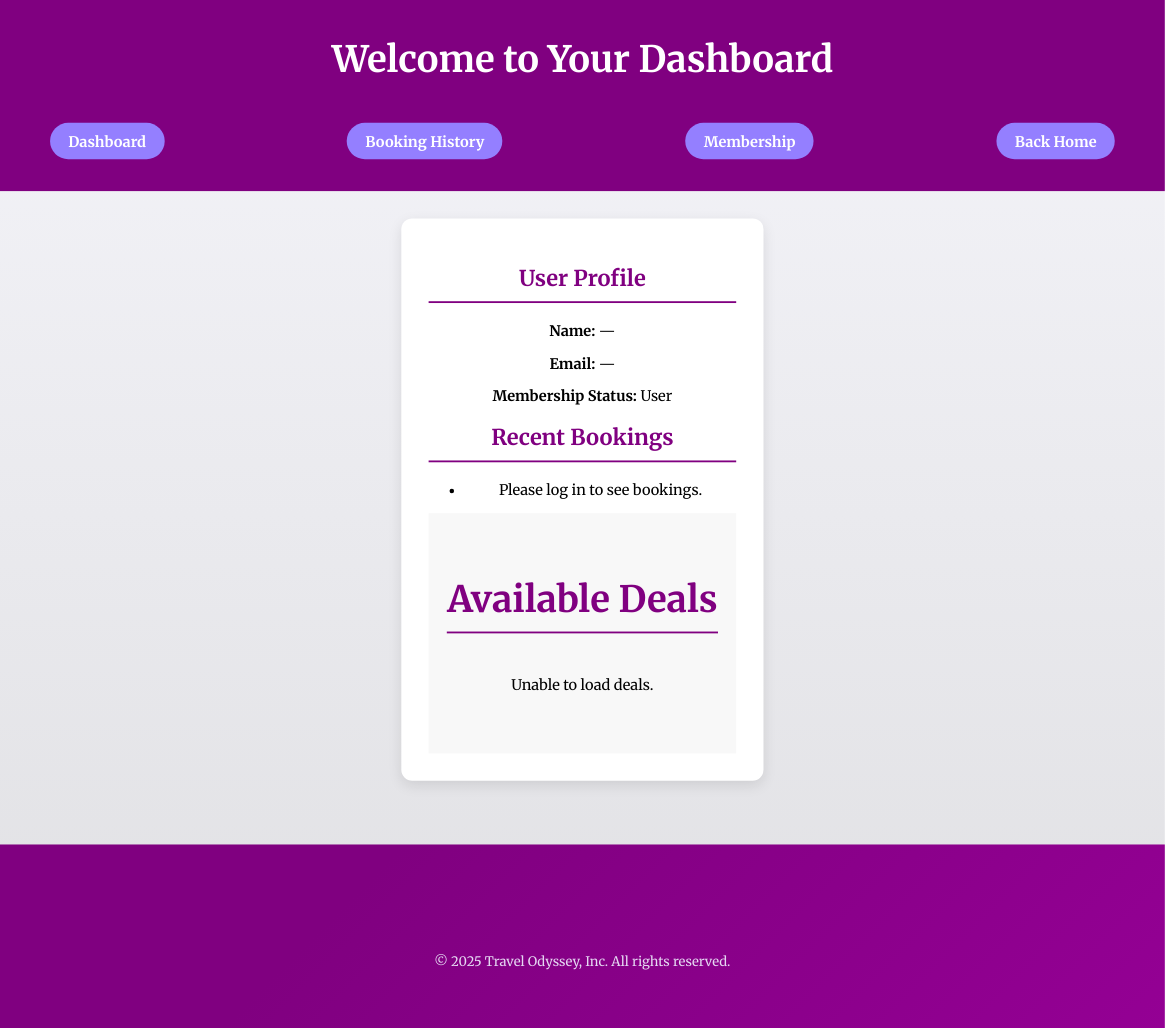
Repository: GHzPhoenix/Project-Odyssey
Page: Frontend/dashboard.html
The author's editor kept a copy of each file at every save. The page is drawn from the files as they stood at one save, then again after the next save.
The browser window is 1280 px wide. The pictures show the whole page, at 91% of full size.
The page's requests for data from a server got no answer.

Above is the page before, as saved 2025-06-08 10:53:09.

### Frontend/dashboard.html
<!DOCTYPE html>
<html lang="en">
  <head>
    <meta charset="UTF-8" />
    <meta name="viewport" content="width=device-width, initial-scale=1.0" />
    <title>User Dashboard</title>
    <link rel="stylesheet" href="/Frontend/css/style.css" />
    <link rel="stylesheet" href="/Frontend/css/dashboard.css" />
    <link rel="preconnect" href="https://fonts.googleapis.com" />
    <link rel="preconnect" href="https://fonts.gstatic.com" crossorigin />
    <link
      href="https://fonts.googleapis.com/css2?family=Merriweather:wght@300;400;700&display=swap"
      rel="stylesheet"
    />
  </head>
  <body>
    <header>
      <h1 style="color: white">Welcome to Your Dashboard</h1>
      <nav>
        <a href="dashboard.html">Dashboard</a>
        <a href="booking-history.html">Booking History</a>
        <a href="membership-confirmation.html">Membership</a>
        <a href="index.html">Back Home</a>
      </nav>
    </header>

    <main>
      <section class="profile">
        <h2>User Profile</h2>
        <p><strong>Name:</strong> <span id="username">Loading...</span></p>
        <p><strong>Email:</strong> <span id="user-email">Loading...</span></p>
        <p>
          <strong>Membership Status:</strong>
          <span id="membership-status">Loading...</span>
        </p>
      </section>

      <section class="recent-bookings">
        <h2>Recent Bookings</h2>
        <ul id="booking-list">
          <li>Loading...</li>
        </ul>
      </section>

      <section class="trending-deals">
        <h2>Available Deals</h2>
        <div class="deals-container" id="deals-container"></div>
        <p id="no-deals" class="no-deals" style="display: none">
          No deals available right now.
        </p>
      </section>
    </main>

    <footer class="footer">
      <div class="footer-container"></div>
      <div class="footer-bottom">
        <p>© 2025 Travel Odyssey, Inc. All rights reserved.</p>
      </div>
    </footer>

    <script>
      function toggleMenu() {
        document.querySelector("nav ul").classList.toggle("active");
      }

      async function loadDashboard() {
        const token = localStorage.getItem("token");
        const user = JSON.parse(localStorage.getItem("user") || "{}");
        document.getElementById("username").textContent = user.name || "—";
        document.getElementById("user-email").textContent = user.email || "—";
        document.getElementById("membership-status").textContent =
          user.role === "admin" ? "Admin" : "User";

        const bookingList = document.getElementById("booking-list");
        bookingList.innerHTML = "";
        if (token) {
          try {
            const res = await fetch("http://127.0.0.1:5001/api/bookings", {
              headers: { Authorization: "Bearer " + token },
            });
            if (!res.ok) throw new Error("No bookings found");
            const bookings = await res.json();
            if (bookings.length === 0) {
              bookingList.innerHTML = "<li>You have no previous bookings.</li>";
            } else {
              bookings.forEach((b) => {
                const li = document.createElement("li");
                const start = new Date(b.start_date).toLocaleDateString();
                const end = new Date(b.end_date).toLocaleDateString();
                li.textContent = `${b.destination} — ${start} to ${end}`;
                bookingList.appendChild(li);
              });
            }
          } catch (err) {
            console.error("Booking history error:", err);
            bookingList.innerHTML = "<li>Could not load booking history.</li>";
          }
        } else {
          bookingList.innerHTML = "<li>Please log in to see bookings.</li>";
        }

        const dealsContainer = document.getElementById("deals-container");
        const noDealsMsg = document.getElementById("no-deals");
        dealsContainer.innerHTML = "";
        try {
          const res = await fetch("http://127.0.0.1:5001/api/deals");
          if (!res.ok) throw new Error("Failed to fetch deals");
          const deals = await res.json();
          if (deals.length === 0) {
            noDealsMsg.style.display = "block";
          } else {
            noDealsMsg.style.display = "none";
            deals.forEach((deal) => {
              const card = document.createElement("div");
              card.className = "deal-card";

              const img = document.createElement("img");
              img.src = deal.image_url;
              img.alt = deal.name;
              card.appendChild(img);

              const body = document.createElement("div");
              body.className = "deal-card-body";

              const h3 = document.createElement("h3");
              h3.textContent = deal.name;
              body.appendChild(h3);

              const sub = document.createElement("p");
              sub.textContent = `${deal.location} — ${deal.activities}`;
              body.appendChild(sub);

              const dates = document.createElement("p");
              const s = new Date(deal.start_date).toLocaleDateString("en-US", {
                month: "short",
                day: "numeric",
                year: "numeric",
              });
              const e = new Date(deal.end_date).toLocaleDateString("en-US", {
                month: "short",
                day: "numeric",
                year: "numeric",
              });
              dates.textContent = `${s} – ${e}`;
              body.appendChild(dates);

              const btn = document.createElement("a");
              btn.className = "btn-primary card-button";
              btn.href = `booking.html?deal=${deal.id}`;
              btn.textContent = "Book Now";
              body.appendChild(btn);

              card.appendChild(body);
              dealsContainer.appendChild(card);
            });
          }
        } catch (err) {
          console.error("Deals load error:", err);
          dealsContainer.innerHTML =
            "<p class='no-deals'>Unable to load deals.</p>";
        }
      }

      window.addEventListener("DOMContentLoaded", loadDashboard);
    </script>
  </body>
</html>

### Frontend/css/dashboard.css
body {
  font-family: "Merriweather", serif;
  background: linear-gradient(to bottom, #f4f4f9, #e0e0e3);
  margin: 0;
  padding: 0;
}

header {
  background-color: purple;
  color: white;
  text-align: center;
  padding: 20px;
  font-size: 22px;
  font-weight: bold;
}

nav {
  margin-top: 15px;
}

nav a {
  color: white;
  text-decoration: none;
  margin: 0 15px;
  font-weight: bold;
  font-size: 1rem;
  padding: 10px 20px;
  border-radius: 20px;
  background-color: #947fff;
  transition: background 0.3s ease-in-out;
}

nav a:hover {
  background-color: #ff6f91;
  color: yellow;
}

.menu-toggle {
  display: none;
  flex-direction: column;
  cursor: pointer;
}

.menu-toggle div {
  width: 28px;
  height: 3px;
  background-color: white;
  margin: 4px 0;
}

@media (max-width: 768px) {
  nav ul {
    flex-direction: column;
    width: 100%;
    display: none;
    background-color: purple;
    margin-top: 10px;
    padding: 10px 0;
  }

  nav ul.active {
    display: flex;
  }

  .menu-toggle {
    display: flex;
  }

  nav ul li {
    width: 100%;
    text-align: center;
  }
}

main {
  max-width: 1000px;
  margin: 30px auto;
  padding: 30px;
  background-color: white;
  border-radius: 12px;
  box-shadow: 0px 5px 15px rgba(0, 0, 0, 0.1);
}

h2 {
  color: purple;
  font-size: 24px;
  margin-bottom: 20px;
  text-align: center;
  border-bottom: 2px solid purple;
  padding-bottom: 10px;
}

.dashboard-section {
  margin: 20px 0;
  padding: 20px;
  background-color: #f9f9ff;
  border-radius: 10px;
  box-shadow: 0px 2px 8px rgba(0, 0, 0, 0.1);
}

.dashboard-section h3 {
  font-size: 20px;
  color: purple;
  margin-bottom: 10px;
}

.dashboard-section p {
  font-size: 16px;
  color: #555;
}

.button {
  background-color: purple;
  color: white;
  padding: 10px 18px;
  border-radius: 25px;
  text-decoration: none;
  display: inline-block;
  margin-top: 15px;
  font-weight: bold;
  transition: background 0.3s ease-in-out;
}

.button:hover {
  background-color: #ff3b72;
}

footer {
  background-color: purple;
  color: white;
  text-align: center;
  padding: 20px;
  margin-top: 40px;
}

@media (max-width: 768px) {
  main {
    margin: 20px;
    padding: 20px;
  }
}

Loaded but not shown: Frontend/css/style.css (979 lines, source omitted)

After the next save:
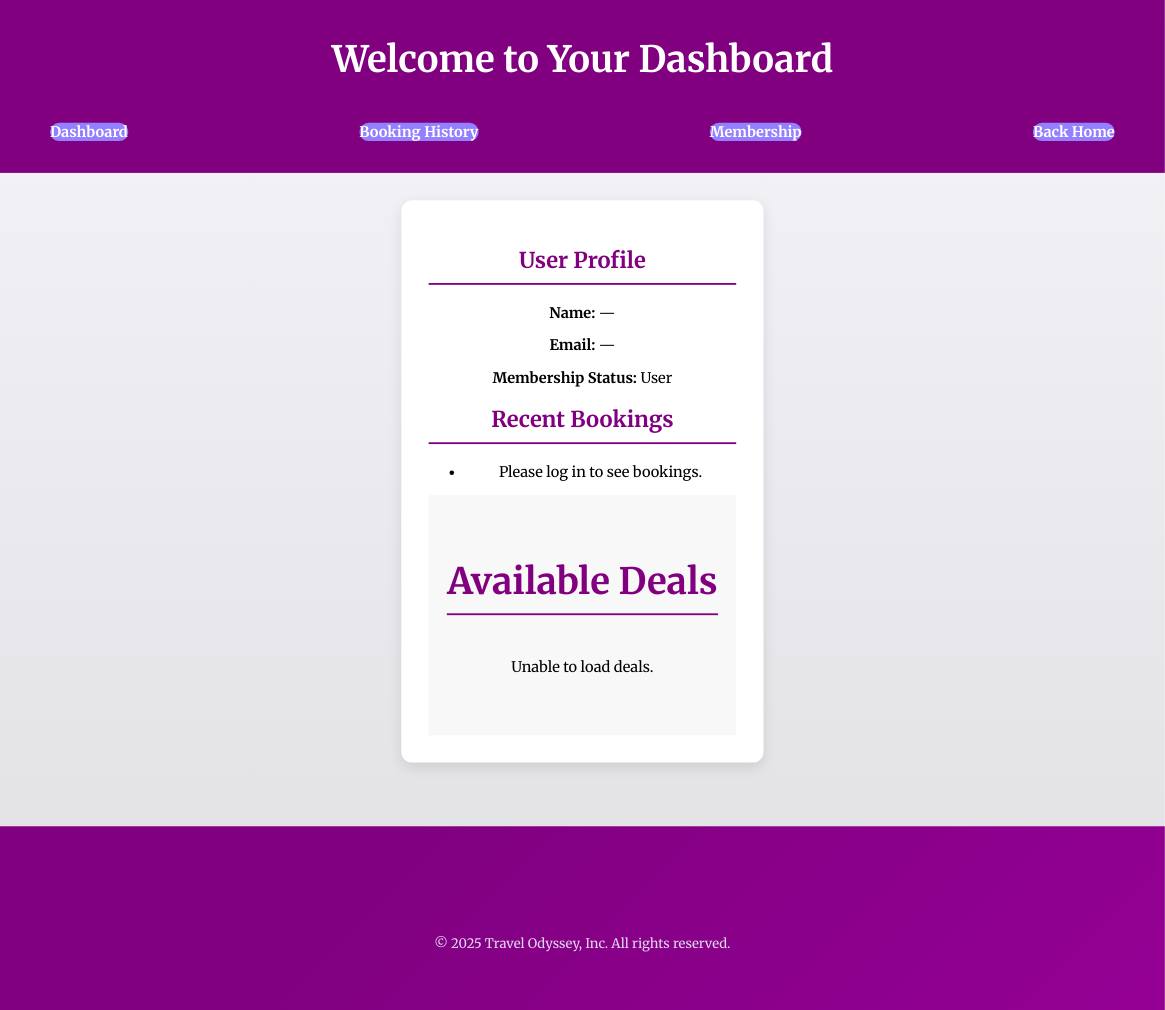
Saved 49 s later.
--- a/Frontend/css/dashboard.css
+++ b/Frontend/css/dashboard.css
@@ -24,7 +24,7 @@
   margin: 0 15px;
   font-weight: bold;
   font-size: 1rem;
-  padding: 10px 20px;
+  /* padding: 10px 20px; */
   border-radius: 20px;
   background-color: #947fff;
   transition: background 0.3s ease-in-out;

After the save that followed:
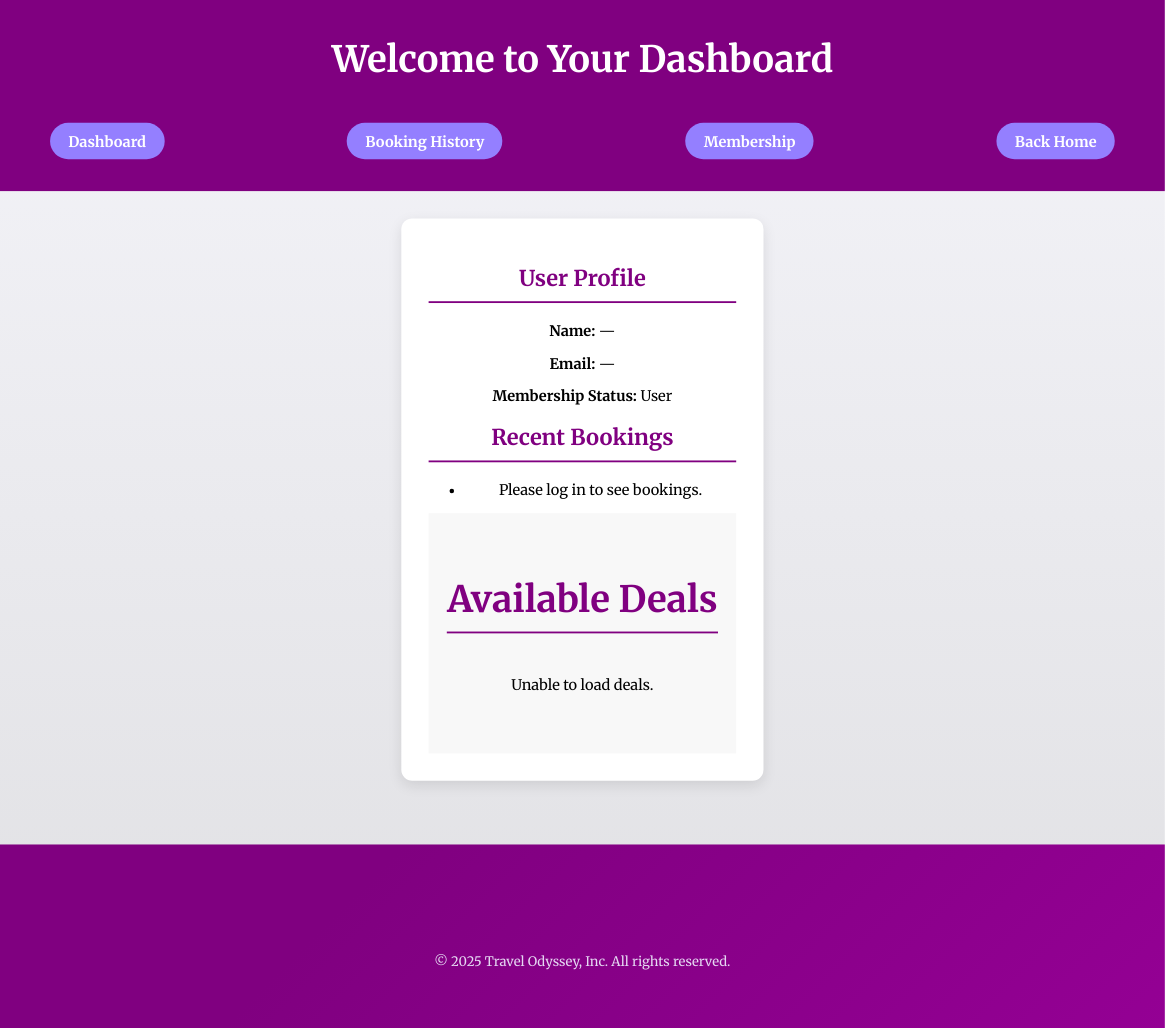
Saved 6 s later.
--- a/Frontend/css/dashboard.css
+++ b/Frontend/css/dashboard.css
@@ -24,7 +24,7 @@
   margin: 0 15px;
   font-weight: bold;
   font-size: 1rem;
-  /* padding: 10px 20px; */
+  padding: 10px 20px;
   border-radius: 20px;
   background-color: #947fff;
   transition: background 0.3s ease-in-out;
